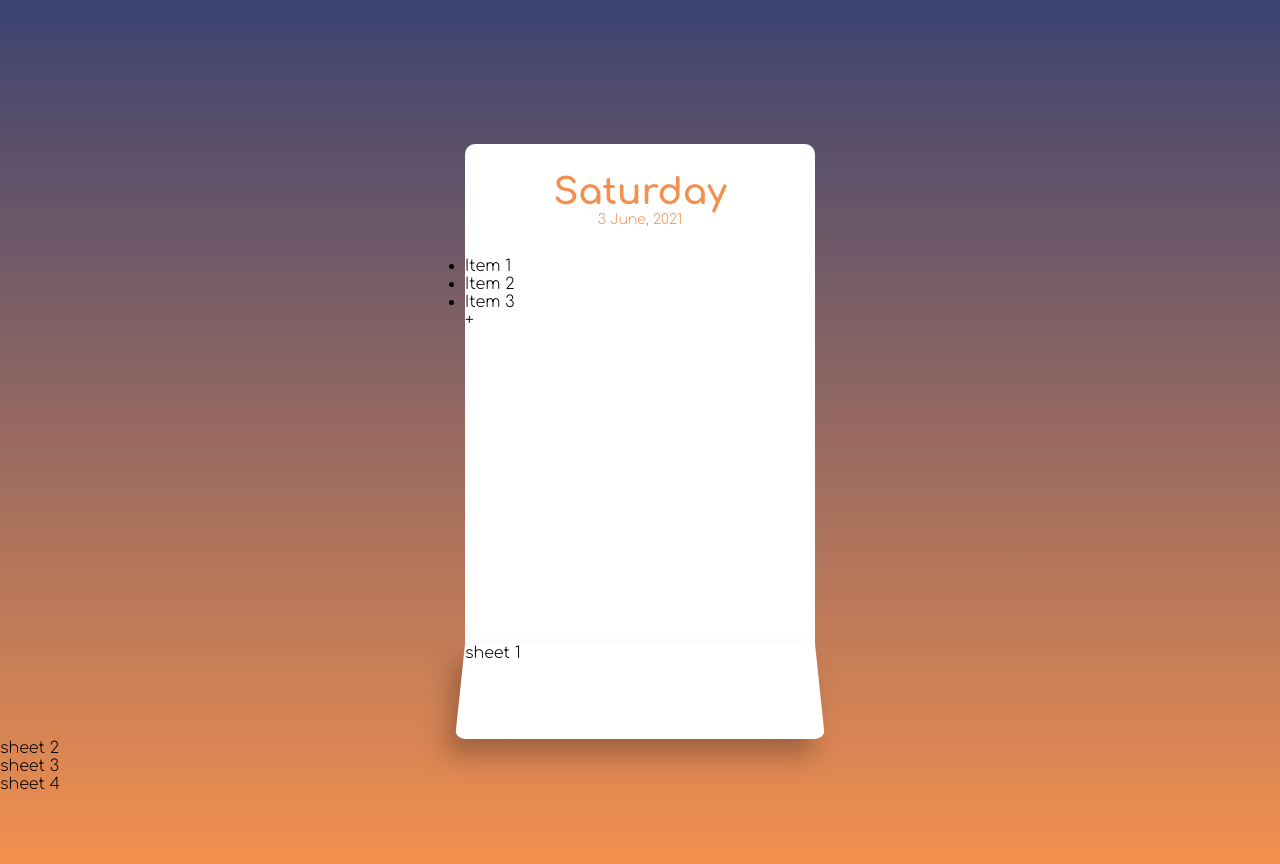
Repository: Colo-Codes/mini-projects
Page: todo-app/index.html
An editor plug-in stored every save of this project. The page is shown before and after the next save, followed by the edit.
The browser window is 1280 px wide. The pictures show the whole page.

Above is the page before, as saved 2021-07-04 11:39:53.

### todo-app/index.html
<!DOCTYPE html>
<html lang="en">
    <head>
        <meta charset="UTF-8" />
        <meta http-equiv="X-UA-Compatible" content="IE=edge" />
        <meta name="viewport" content="width=device-width, initial-scale=1.0" />
        <link rel="stylesheet" href="./css/index.css" />
        <title>Mini-Project - ToDo app</title>
    </head>
    <body>
        <div class="changing-background">
            <main class="todo">
                <section id="todo--header">
                    <header>Saturday</header>
                    <p>3 June, 2021</p>
                </section>
                <section id="todo--tasks-list">
                    <ul>
                        <li class="todo--tasks-list--item">Item 1</li>
                        <li class="todo--tasks-list--item">Item 2</li>
                        <li class="todo--tasks-list--item">Item 3</li>
                    </ul>
                </section>
                <section id="todo--footer">
                    <p>+</p>
                </section>
            </main>
            <div id="sheet-1-3d">sheet 1</div>
            <div id="sheet-2-3d">sheet 2</div>
            <div id="sheet-3-3d">sheet 3</div>
            <div id="sheet-4-3d">sheet 4</div>
        </div>
    </body>
</html>

### todo-app/css/index.css
@import url('https://fonts.googleapis.com/css2?family=Comfortaa:wght@300;700&display=swap');

/* Initial reset */

html {
    box-sizing: border-box;
    font-size: 16px;
}

*,
*:before,
*:after {
    box-sizing: inherit;
    margin: 0;
    padding: 0;
    /*outline: 1px dashed blue; /* Debugging purposes */
}

body {
    font-family: 'Comfortaa', cursive;
    background: #f3904f; /* fallback for old browsers */
    background: -webkit-linear-gradient(
        to bottom,
        #3b4371,
        #f3904f
    ); /* Chrome 10-25, Safari 5.1-6 */
    background: linear-gradient(
        to bottom,
        #3b4371,
        #f3904f
    ); /* W3C, IE 10+/ Edge, Firefox 16+, Chrome 26+, Opera 12+, Safari 7+ */
    background-repeat: no-repeat;
    background-size: cover;
    height: 100vh;
}

.todo {
    margin: auto;
    margin-top: 20vh;
    width: 350px;
    height: 500px;
    background-color: white;
    border-radius: 10px 10px 0 0;
}

#sheet-1-3d {
    width: 370px;
    height: 95px;
    margin: auto;
    border-radius: 0 0 10px 10px;
    /* trapezoidal shape */
    border-bottom: 95px solid white;
    border-left: 10px solid transparent;
    border-right: 10px solid transparent;
    /* height: 0; */
    /* width: 100px; */
    filter: drop-shadow(-10px 17px 12px rgba(0, 0, 0, 0.25));
}
#sheet-1-3d::after {
    box-shadow: ;
    color: tomato;
    width: 370px;
    height: 95px;
    margin: auto;
    border-radius: 0 0 10px 10px;
    z-index: 10;
}

#todo--header header {
    padding-top: 1.75rem;
    font-size: 2.25rem;
    font-weight: 700;
    text-align: center;
    color: #f3904f;
}

#todo--header p {
    font-size: 0.875rem;
    text-align: center;
    color: #f3904f;
}

#todo--tasks-list {
    margin-top: 1.875rem;
}

After the next save:
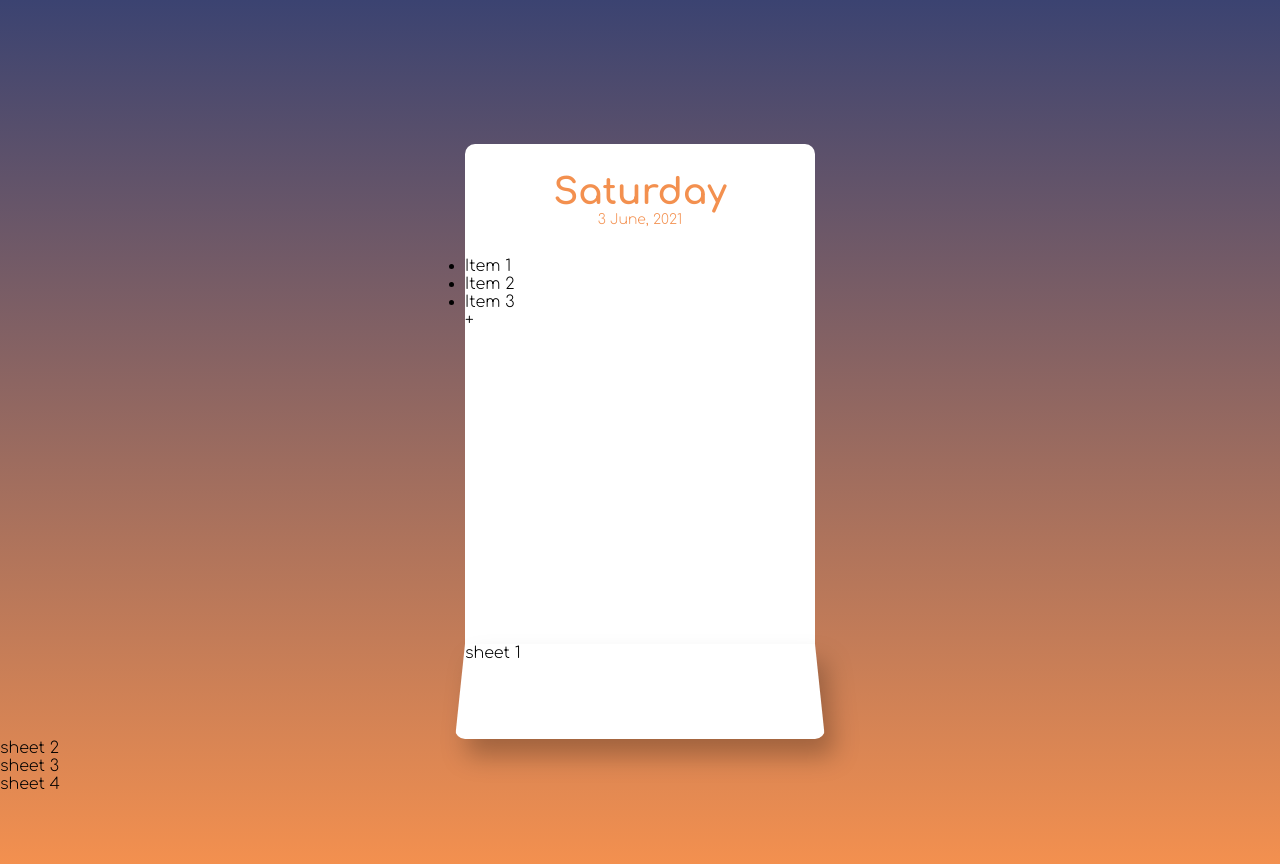
Saved 5 s later.
--- a/todo-app/css/index.css
+++ b/todo-app/css/index.css
@@ -54,7 +54,7 @@ body {
     border-right: 10px solid transparent;
     /* height: 0; */
     /* width: 100px; */
-    filter: drop-shadow(-10px 17px 12px rgba(0, 0, 0, 0.25));
+    filter: drop-shadow(10px 17px 12px rgba(0, 0, 0, 0.25));
 }
 #sheet-1-3d::after {
     box-shadow: ;
